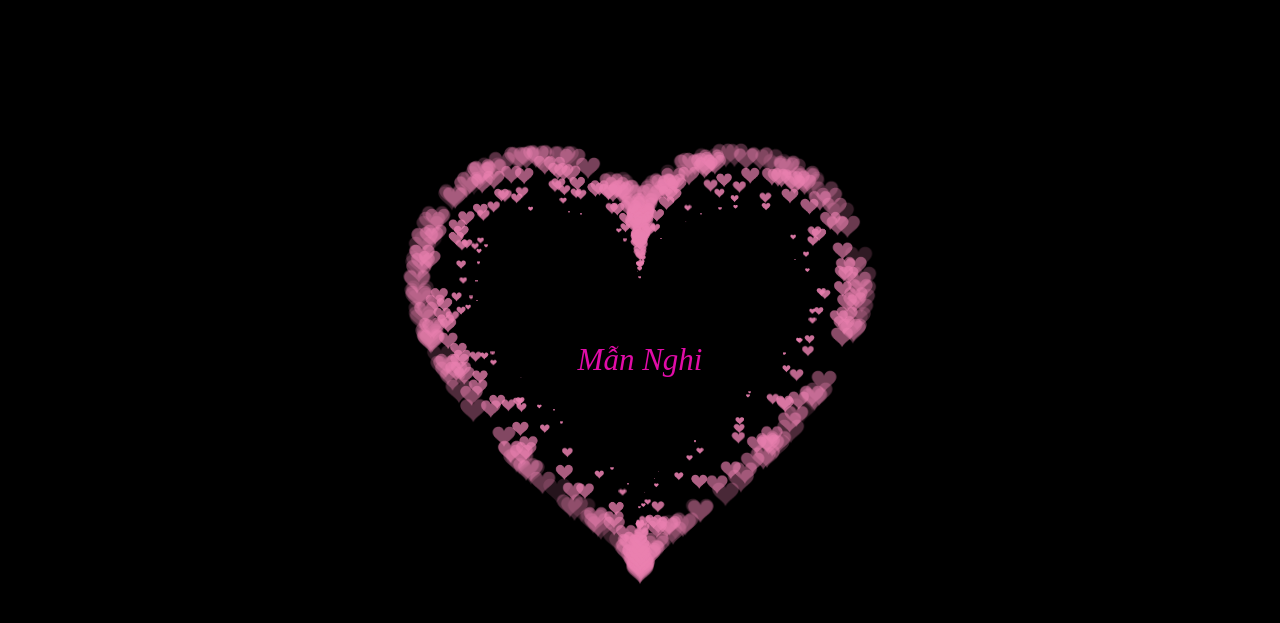
Repository: iamwind-dev/mnghi
Page: index.html
The author's editor kept a copy of each file at every save. The page is drawn from the files as they stood at one save, then again after the next save.
The browser window is 1280 px wide. The pictures show the whole page.

Above is the page before, as saved 2023-11-05 12:39:44.

After the next save:
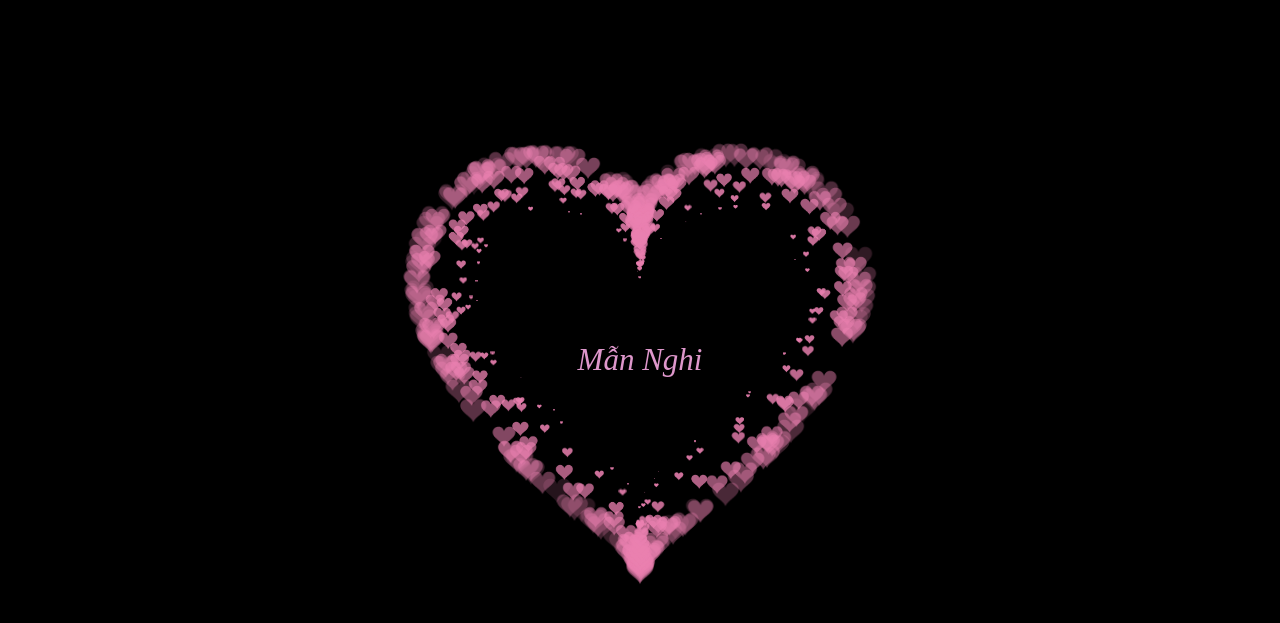
Saved 6 s later.
--- a/index.html
+++ b/index.html
@@ -528,7 +528,7 @@ var ParticlePool = (function() {
 <div class="center-text",
   style="background-color:rgb(0, 0, 0);
         width: 100%;
-        color: rgb(225, 12, 168);
+        color: rgb(222, 151, 203);
         height:100%;
         font-size: 31px;
         font-style: italic;
